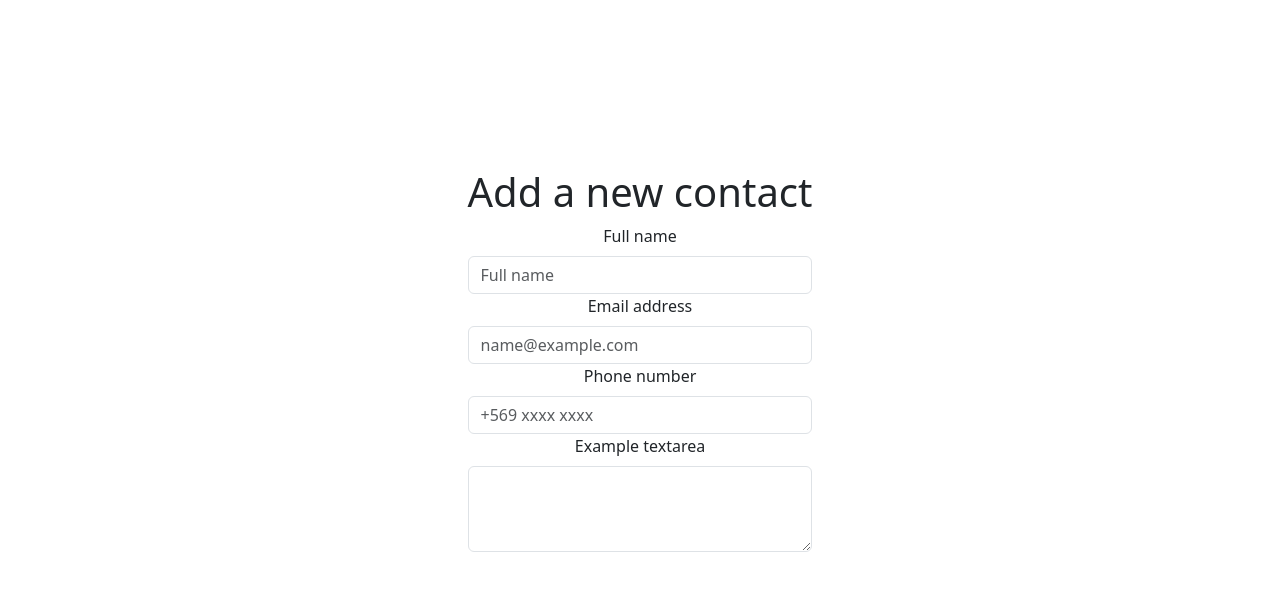
Repository: Cyttariasp/react-router-contact-list
Page: /add (app in contact-list/)
An editor plug-in stored every save of this project. The page is shown before and after the next save, followed by the edit.
The browser window is 1280 px wide. The pictures show the whole page.
The project was rebuilt for these pictures with package versions that can differ from the ones it lists, and the page was loaded fresh each time. Also part of the build but not shown: contact-list/vite.config.js, contact-list/src/views/Home.jsx, contact-list/src/views/Contact.jsx.

Above is the page before, as saved 2025-07-21 11:00:24.

After the next save:
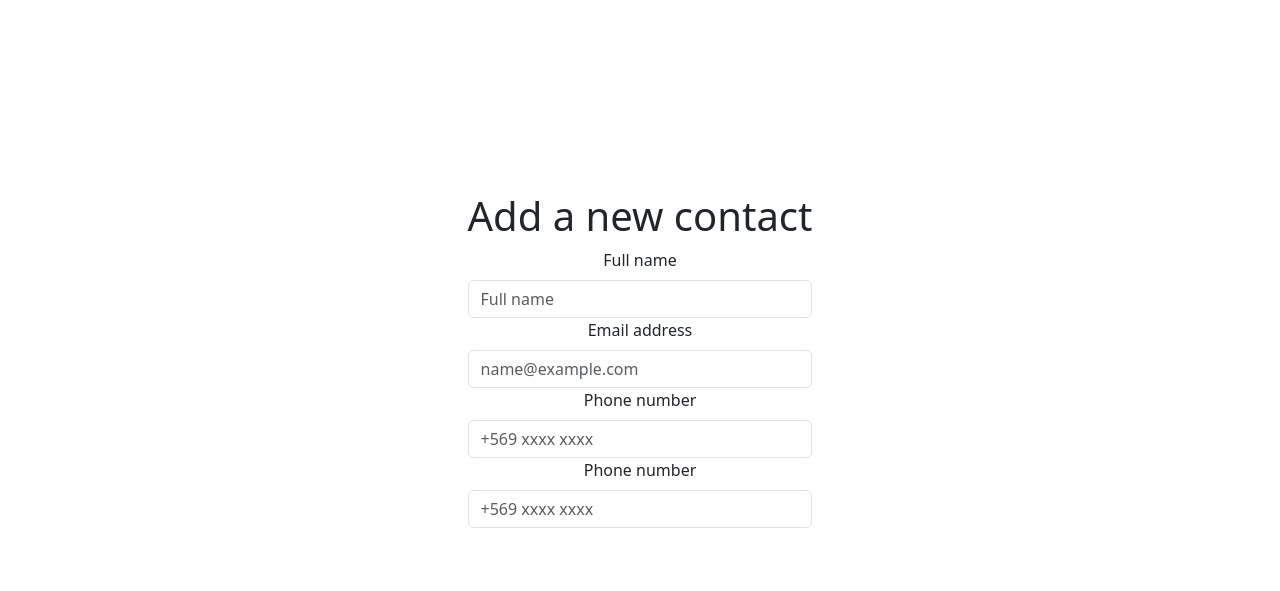
Saved 63 s later.
--- a/contact-list/src/views/Add.jsx
+++ b/contact-list/src/views/Add.jsx
@@ -36,14 +36,15 @@ function Add() {
         />
       </div>
       <div className="">
-        <label for="exampleFormControlTextarea1" className="form-label">
-          Example textarea
+        <label for="exampleFormControlInputAddres" className="form-label">
+          Phone number
         </label>
-        <textarea
+        <input
+          type="number"
           className="form-control"
-          id="exampleFormControlTextarea1"
-          rows="3"
-        ></textarea>
+          id="exampleFormControlInputAddres"
+          placeholder="+569 xxxx xxxx"
+        />
       </div>
     </div>
   );
